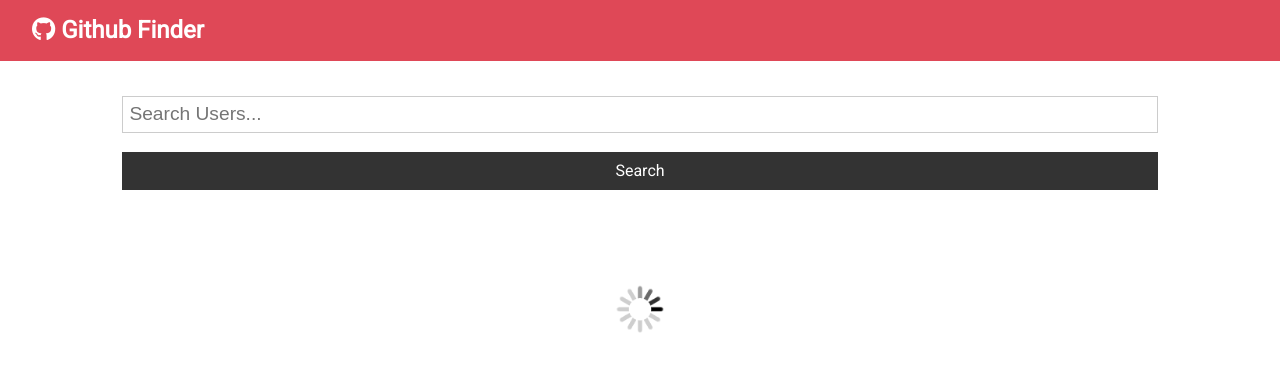
Repository: Redshreds/githubfinder
Page: /
The author's editor kept a copy of each file at every save. The page is drawn from the files as they stood at one save, then again after a run of saves.
The browser window is 1280 px wide. The pictures show the whole page.
The page's requests for data from a server got no answer. Some web libraries are served in a nearby version. The project was rebuilt for these pictures with package versions that can differ from the ones it lists, and the page was loaded fresh each time. No one was signed in, and anything a server would have sent is missing. Also part of the build but not shown: src/components/users/UserItem.js.

Above is the page before, as saved 2023-02-26 12:54:40.

After the next 3 saves:
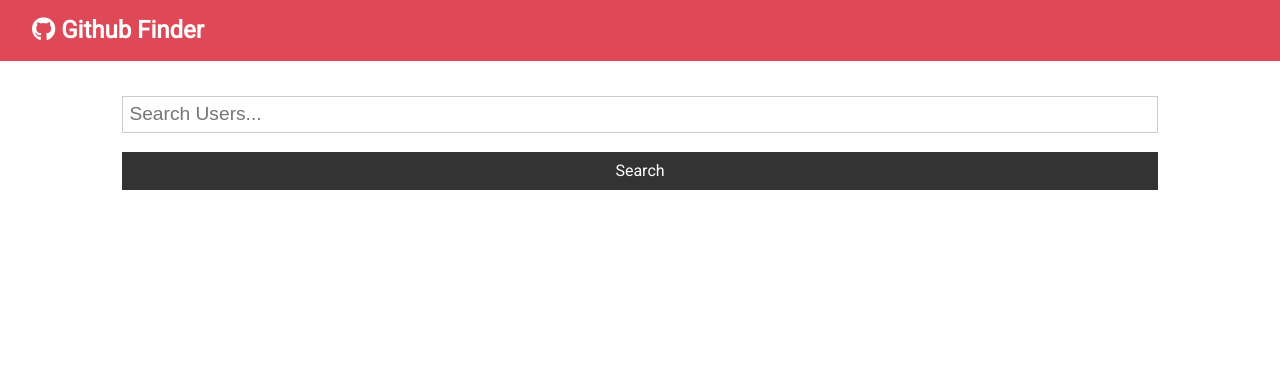
The 3 saves are shown as one change because 2 did not build or start.
The last was saved 14 min 26 s later.
--- a/src/App.js
+++ b/src/App.js
@@ -9,22 +9,26 @@
   state = {
     users: [],
     loading: false
-  }
+  };
 
-  async componentDidMount(){
-    this.setState({loading: true});
+  // async componentDidMount(){
+  //   this.setState({loading: true});
 
-    const res = await axios.get(`https://api.github.com/users?client_id=$
+  //   const res = await axios.get(`https://api.github.com/users?client_id=$
+  //   {process.env.REACT_APP_GITHUB_CLIENT_ID}&client_secret=$
+  //   {process.env.REACT_APP_GITHUB_CLIENT_SECRET}`);
+
+  //   this.setState({users: res.data, loading: false});
+
+    // console.log(res.data); <--This goes into state of app data
+  // }
+
+  searchUsers = async text => {
+    const res = await axios.get(`https://api.github.com/search/users?q=${text}&client_id=$
     {process.env.REACT_APP_GITHUB_CLIENT_ID}&client_secret=$
     {process.env.REACT_APP_GITHUB_CLIENT_SECRET}`);
 
-    this.setState({users: res.data, loading: false});
-
-    // console.log(res.data); <--This goes into state of app data
-  }
-
-  searchUsers = (text) => {
-    console.log(text);
+    this.setState({users: res.data.items, loading: false});
   }
 
   render() {
@@ -35,7 +39,6 @@
           <Search searchUsers={this.searchUsers} />
           <Users loading={this.state.loading} users={this.state.users}/>
         </div>
-
       </div>
     );
   }
